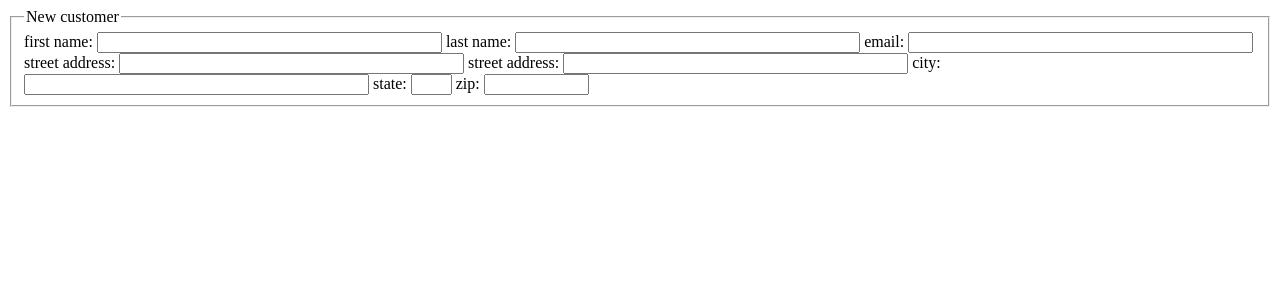
Repository: eugenehiggins/beginning-php-mysql
Page: http://localhost/create-record/html-form-part-OLD.php
The author's editor kept a record of every edit. The page is drawn from the files as they stood at one moment, then again after the next edit.
The browser window is 1280 px wide. The pictures show the whole page.
The page is run by PHP 8.4 with error messages shown; the project is at /var/www/html/.

Above is the page before.

### create-record/html-form-part-OLD.php
<?php

if ( $action = "add-record")
{

}

?>
<script>
<!--
(function($){
    $(document).ready(function(){

    })
})
//-->
</script>
<form name="personal-info" action="<?php echo $action.".php"?>" class="form">
    <fieldset>
        <legend>New customer</legend>
        <label>first name: </label><input name="contactFirstName" type="text" size="40">
        <label>last name:</label> <input name="contactLasttName" type="text" size="40">
        <label>email: </label><input name="email" type="text" size="40">
        <label>street address:</label> <input name="addressLine1" type="text" size="40">
        <label>street address:</label> <input name="addressLine2" type="text" size="40">
        <label>city:</label> <input name="city" type="text" size="40">
        <label>state:</label> <input name="state" type="text" size="2">
        <label>zip:</label> <input name="postalCode" type="text" size="10">
    </fieldset>

</form>

After the next edit:
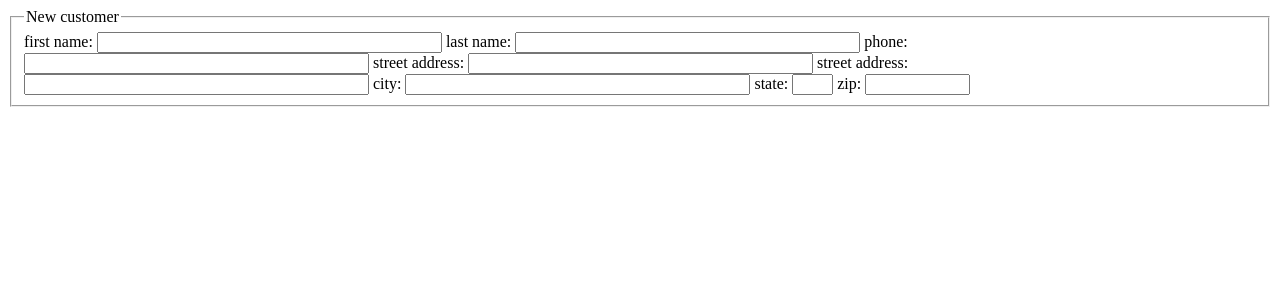
The edit:
--- a/create-record/html-form-part-OLD.php
+++ b/create-record/html-form-part-OLD.php
@@ -20,7 +20,7 @@
         <legend>New customer</legend>
         <label>first name: </label><input name="contactFirstName" type="text" size="40">
         <label>last name:</label> <input name="contactLasttName" type="text" size="40">
-        <label>email: </label><input name="email" type="text" size="40">
+        <label>phone: </label><input name="phone" type="text" size="40">
         <label>street address:</label> <input name="addressLine1" type="text" size="40">
         <label>street address:</label> <input name="addressLine2" type="text" size="40">
         <label>city:</label> <input name="city" type="text" size="40">
